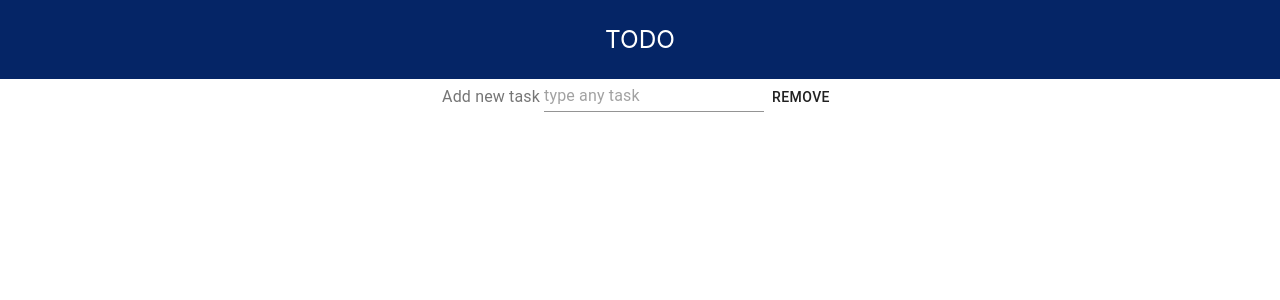
Repository: Shams97/Todo-app
Page: /
These files come from the project's save history. The page is drawn as it stood at one moment and after the next save; the edit follows.
The browser window is 1280 px wide. The pictures show the whole page.
The project was rebuilt for these pictures with package versions that can differ from the ones it lists, and the page was loaded fresh each time.

Above is the page before, as saved 2021-06-26 20:54:01.

After the next save:
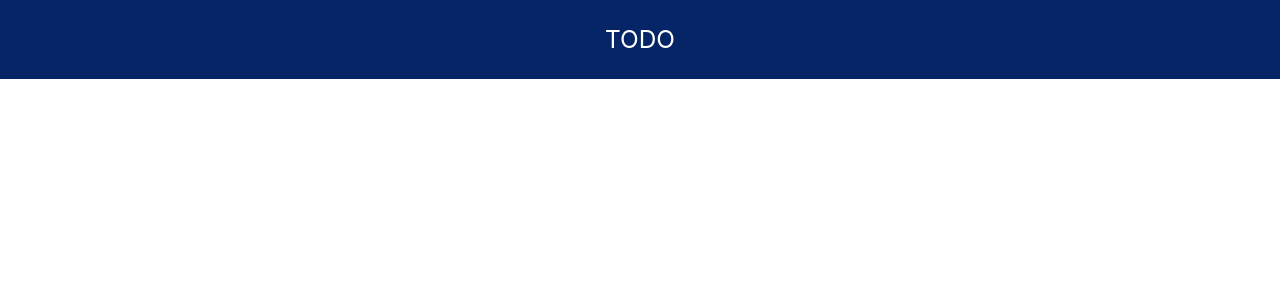
Saved 21 s later.
--- a/src/App.js
+++ b/src/App.js
@@ -1,5 +1,4 @@
 import './App.css';
-import { Button,Input,FormLabel ,Container} from '@material-ui/core';
 
 function App() {
   return (
@@ -7,10 +6,6 @@ function App() {
       <header className="App-header">
             <p> TODO </p>
       </header>
-        <Container>
-          <FormLabel>Add new task </FormLabel> <Input placeholder="type any task"></Input>
-          <Button>remove</Button>
-        </Container>
     </div>
   );
 }
